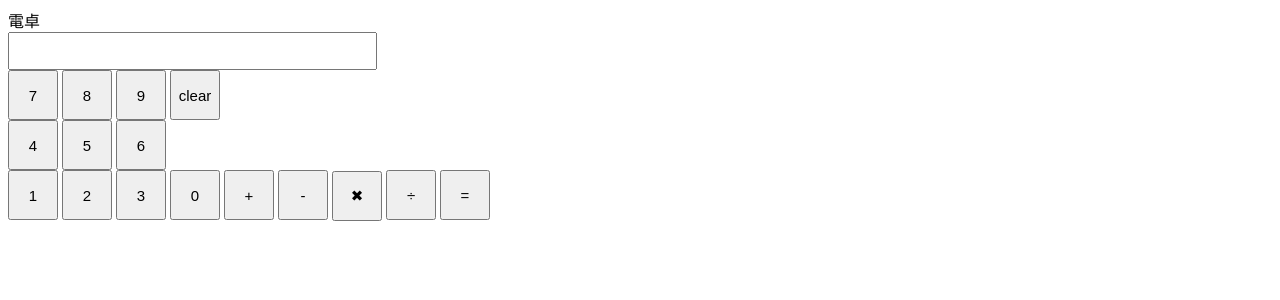
Repository: U-dias/work3
Page: 実践課題(電卓)/index.html
The author's editor kept a record of every edit. The page is drawn from the files as they stood at one moment, then again after the next edit.
The browser window is 1280 px wide. The pictures show the whole page.

Above is the page before.

### 実践課題(電卓)/index.html
<!DOCTYPE html>
 <meta charset="utf-8">
 <html>
  <link rel="stylesheet" href="main.css">
  <body>
 <div>電卓</div>
 <input style="font-size: 28px; text-align: right;"/><br />
 <script>
   function update(_v){
     document.querySelector('input').value = _v
   }
   function append(_v){
     document.querySelector('input').value += _v
   }
   function calc(){
        const v = document.querySelector( 'input' ).value
        try{
        const f = new Function( 'return ' + v )
        update( f().toString() )}
        catch( _error){
          update( _error)
        }
}
 </script>
 <button onclick="append('7')">7</button>
 <button onclick="append('8')">8</button>
 <button onclick="append('9')">9</button>
 <button onclick="update(' ')">clear</button><br />

 <button onclick="append('4')">4</button>
 <button onclick="append('5')">5</button>
 <button onclick="append('6')">6</button><br />

 <button onclick="append('1')">1</button>
 <button onclick="append('2')">2</button>
 <button onclick="append('3')">3</button>

 <button onclick="append('0')">0</button>

 <button onclick="append('+')">+</button>
 <button onclick="append('-')">-</button>
 <button onclick="append('*')">✖︎</button>
 <button onclick="append('/')">÷</button>

 <button onclick="calc()">=</button>

 </body></html>

### 実践課題(電卓)/main.css
button {
  width:50px;
  height:50px;
  font-size:15px;
}

After the next edit:
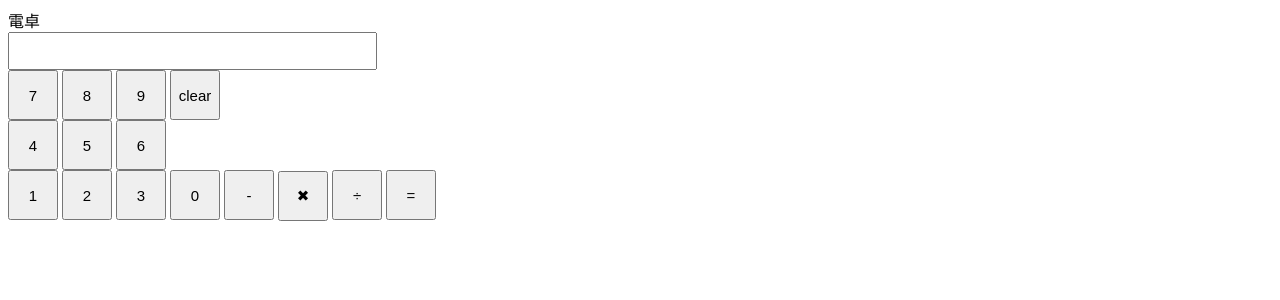
The edit:
--- a/実践課題(電卓)/index.html
+++ b/実践課題(電卓)/index.html
@@ -37,7 +37,6 @@
 
  <button onclick="append('0')">0</button>
 
- <button onclick="append('+')">+</button>
  <button onclick="append('-')">-</button>
  <button onclick="append('*')">✖︎</button>
  <button onclick="append('/')">÷</button>
